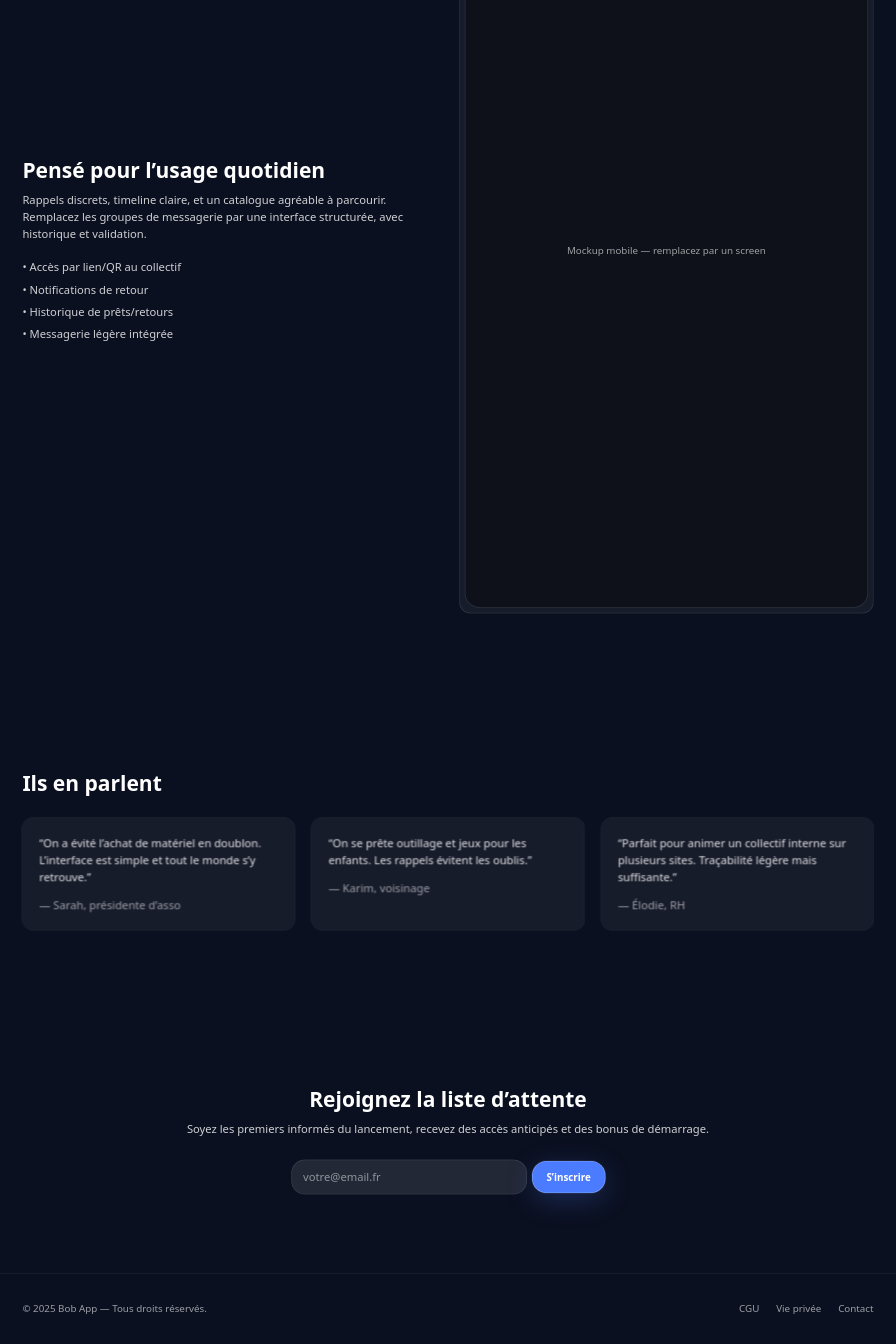
Repository: JeanCharlesMEILLAND/new-bob
Page: /
An editor plug-in stored every save of this project. The page is shown before and after the next save, followed by the edit.
The browser window is 1280 px wide. The pictures show the part of the page from y = 2978 to 4898 px (the page is 4898 px tall before and 4520 px after), at 70% of full size.
The page's requests for data from a server got no answer. The project was rebuilt for these pictures with package versions that can differ from the ones it lists, and the page was loaded fresh each time. The framework's server and built-in components were replaced by stand-ins that run in the browser. No one was signed in, and anything a server would have sent is missing. Also part of the build but not shown: next.config.ts.

Above is the page before, as saved 2025-08-12 10:32:18.

After the next save:
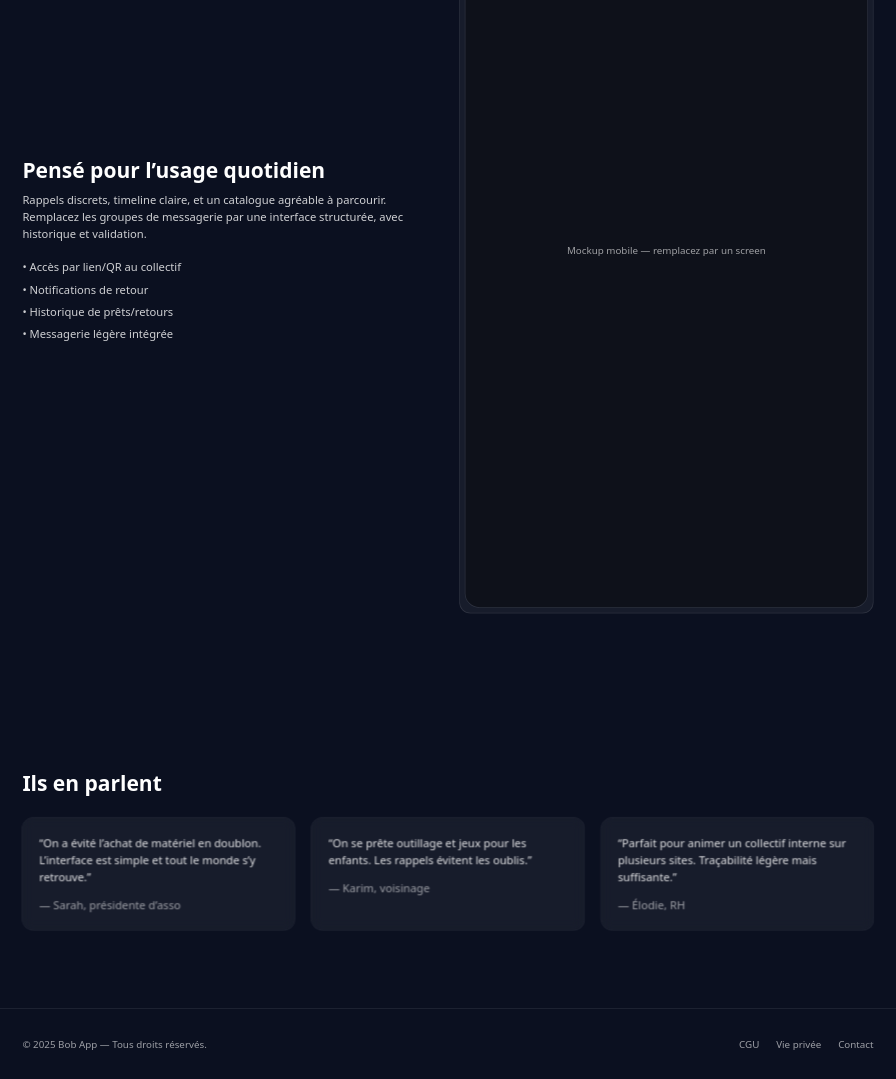
Saved 69 s later.
--- a/src/app/page.tsx
+++ b/src/app/page.tsx
@@ -3,7 +3,6 @@
 import HowItWorks from '@/components/sections/HowItWorks'
 import Showcase from '@/components/sections/Showcase'
 import Testimonials from '@/components/sections/Testimonials'
-import CTA from '@/components/sections/CTA'
 import Events from '@/components/sections/Events'
 
 export default function Page() {
@@ -15,7 +14,6 @@
       <Features />
       <Showcase />
       <Testimonials />
-      <CTA />
     </>
   )
 }
